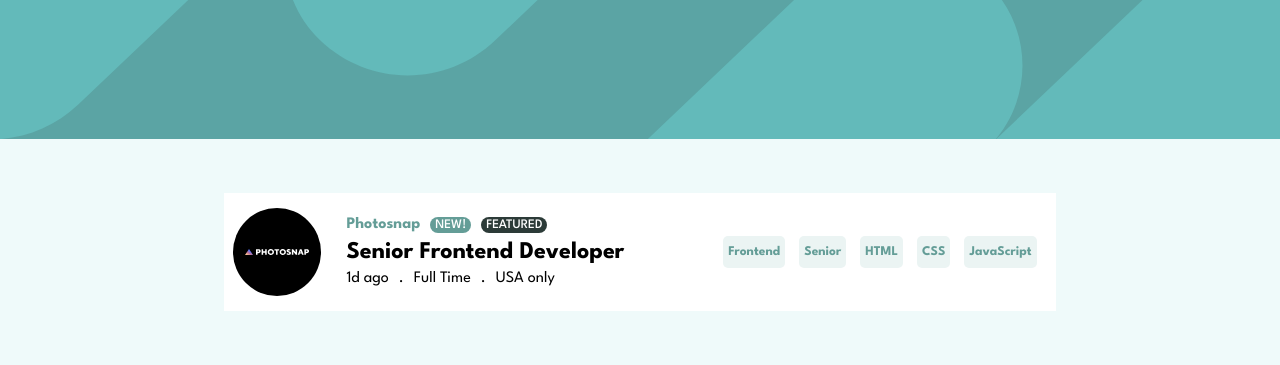
Repository: Eldream12/JobListing
Page: index.html
These files come from the project's save history. The page is drawn as it stood at one moment and after a run of saves; the edit follows.
The browser window is 1280 px wide. The pictures show the whole page.

Above is the page before, as saved 2025-03-31 21:13:14.

### index.html
<!DOCTYPE html>
<html lang="en">
	<head>
		<meta charset="UTF-8" />
		<meta name="viewport" content="width=device-width, initial-scale=1.0" />
		<title>Job Listing</title>
		<link rel="stylesheet" href="style/style.css" />
	</head>

	<body>
		<header>
			<div>
				<img src="Images/bg-header-desktop.svg" alt="NavHeader" />
			</div>
		</header>

		<main>
			<div class="content-carrier">
				<div class="content">
					<div class="ctn">
						<img src="Images/photosnap.svg" alt="photosnap" />
						<div class="content-text">
							<div class="txt-1">
								<h4>Photosnap</h4>
								<div class="btn-1">
									<button>NEW!</button>
								</div>
								<div class="btn-2">
									<button>FEATURED</button>
								</div>
							</div>
							<div class="txt-2">
								<h2>Senior Frontend Developer</h2>
							</div>
							<div class="txt-3">
								<p>1d ago</p>
								<p>.</p>
								<p>Full Time</p>
								<p>.</p>
								<p>USA only</p>
							</div>
						</div>
					</div>

					<div class="btn">
						<button>Frontend</button>
						<button>Senior</button>
						<button>HTML</button>
						<button>CSS</button>
						<button>JavaScript</button>
					</div>
				</div>
			</div>
		</main>
		<footer></footer>
	</body>
</html>

### style/style.css
@import url("https://fonts.googleapis.com/css2?family=League+Spartan:wght@100..900&display=swap");

* {
	font-family: League Spartan;
	margin: 0;
	padding: 0;
	box-sizing: border-box;
}

html body {
	background-color: hsl(180, 52%, 96%);
}

header img {
	width: 100%;
	background-color: hsl(180, 29%, 50%);
	margin-bottom: 50px;
}

.content-carrier .content {
	display: flex;
	background-color: #ffffff;
	align-items: center;
	justify-content: space-around;
	max-width: 65%;
	margin: auto;
	padding: 15px 5px 15px 5px;
	gap: 90px;
}

.content-carrier .content .txt-1 {
	display: flex;
}

.content-carrier .content .txt-3 {
	display: flex;
}

.content-carrier .content .ctn {
	display: flex;
	align-items: center;
}

.content .ctn img {
	margin-right: 25px;
}

.content .btn button {
	background-color: #ebf4f3;
	border: none;
	padding: 10px 5px 10px 5px;
	border-radius: 5px;
	color: #649d97;
	font-weight: 700;
	margin-right: 10px;
}

.content .txt-1 h4 {
	color: #649d97;
}

.content .txt-1 .btn-1 button {
	background-color: #649d97;
}

.content .txt-1 .btn-2 button {
	background-color: #2c3b38;
}

.content .txt-1 button {
	font-size: 13px;
	font-weight: 500;
	color: #ffffff;
	border: none;
	padding: 2px 5px 2px 5px;
	border-radius: 10px;
	margin-left: 10px;
}

.content .txt-2 h2 {
	margin: 8px 0 8px 0;
	font
}

.content .txt-3 p {
	margin-right: 10px;
}

After the next 2 saves:
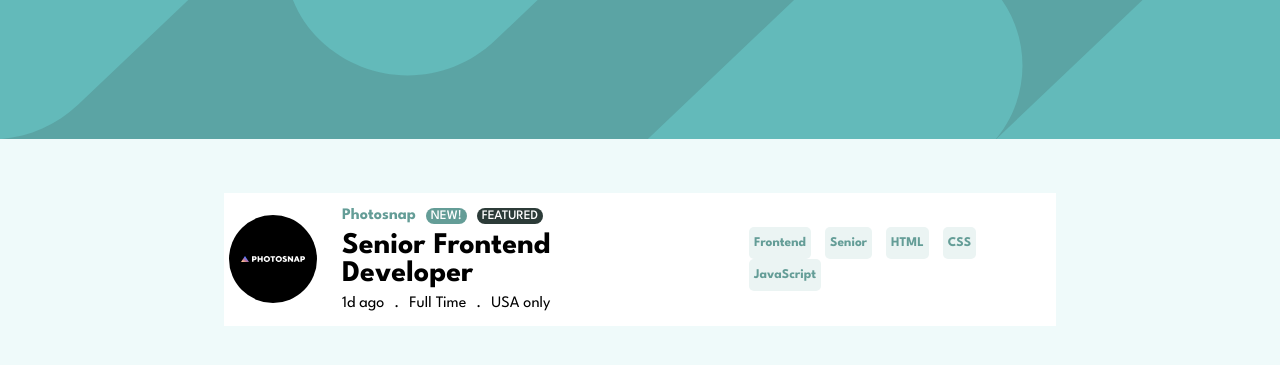
The 2 saves are shown as one change because they came seconds apart.
The last was saved 6 s later.
--- a/style/style.css
+++ b/style/style.css
@@ -79,7 +79,7 @@ header img {
 
 .content .txt-2 h2 {
 	margin: 8px 0 8px 0;
-	font
+	font-size: 30px;
 }
 
 .content .txt-3 p {
